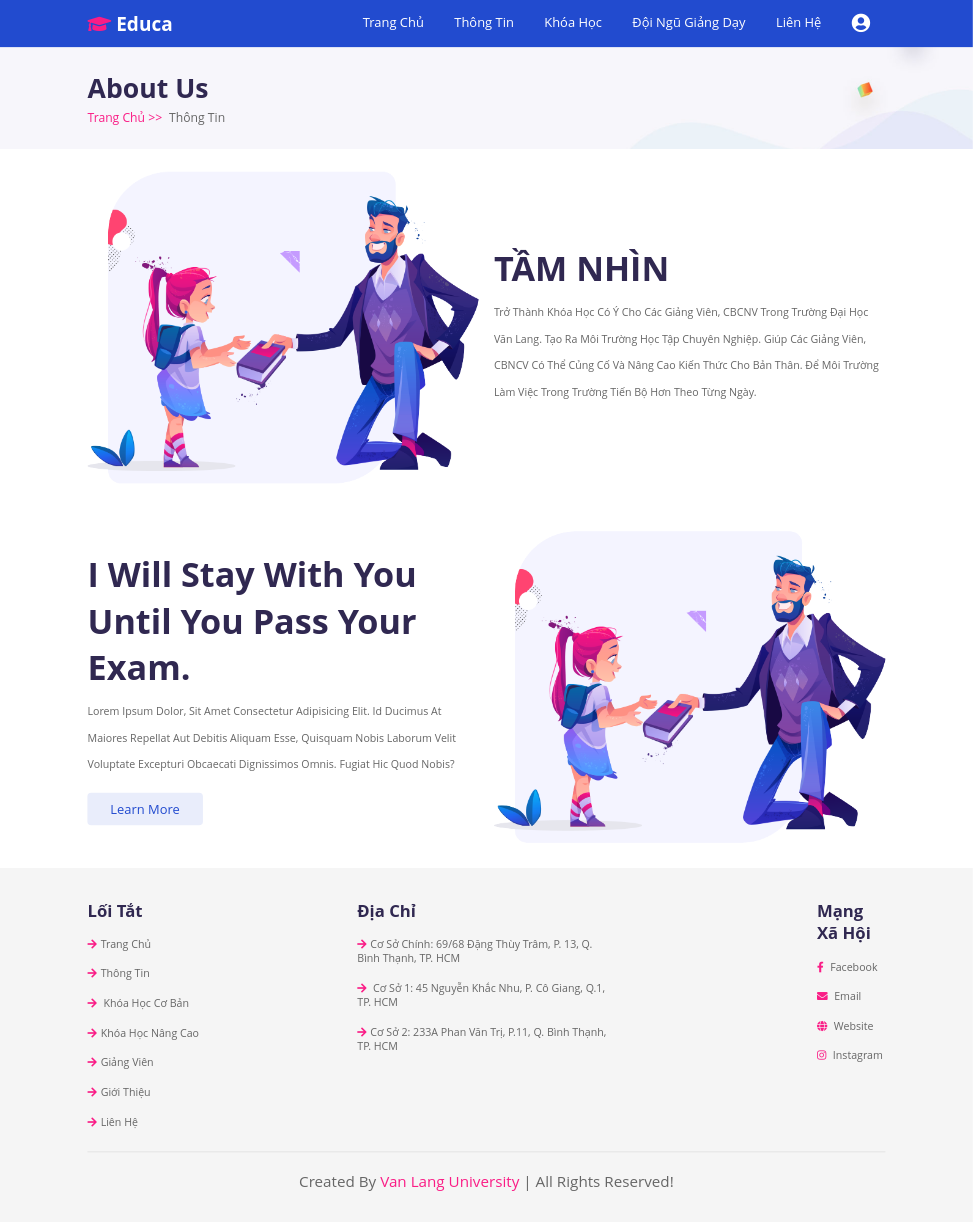
Repository: nhatkhanh022400/Layout
Page: Page-User/about.html
An editor plug-in stored every save of this project. The page is shown before and after the next save, followed by the edit.
The browser window is 1280 px wide. The pictures show the whole page, at 76% of full size.

Above is the page before, as saved 2022-03-22 16:56:10.
Console error: ReferenceError: $ is not defined

### Page-User/about.html
<!DOCTYPE html>
<html lang="en">
<head>
    <meta charset="UTF-8">
    <meta http-equiv="X-UA-Compatible" content="IE=edge">
    <meta name="viewport" content="width=device-width, initial-scale=1.0">
    <title>about</title>

    <!-- font awesome cdn link  -->
    <link rel="stylesheet" href="https://cdnjs.cloudflare.com/ajax/libs/font-awesome/5.15.4/css/all.min.css">

    <!-- custom css file link  -->
    <link rel="stylesheet" href="css/style.css">
    <link rel="stylesheet" href="https://unpkg.com/aos@next/dist/aos.css" />

</head>
<body>

<!-- header section starts  -->

<header class="header">

    <a href="home.html" class="logo"> <i class="fas fa-graduation-cap"></i> educa </a>

    <div id="menu-btn" class="fas fa-bars"></div>

    <nav class="navbar">
        <ul>
            <li><a href="home.html">Trang Chủ</a></li>
            <li><a href="about.html">Thông Tin</a></li>
            <li><a href="#">Khóa Học</a>
                <ul>
                    <li><a href="course-1.html">Khóa Học Cơ Bản</a></li>
                    <li><a href="course-2.html">Khóa Học Nâng Cao </a></li>

                </ul>
            </li>
            <li>
                <a href="#">Đội Ngũ Giảng Dạy</a>
                <ul>
                    <li><a href="blog.html">Giới Thiệu</a></li>
                    <li><a href="teachers.html">Giảng Viên</a></li>
                </ul>
            </li>
            <li><a href="contact.html">Liên Hệ</a></li>
            <li>
                <a href="#">
                    <i class="fas fa-user-circle"></i>
                </a>
                <ul>
                    <li><a href="user.html">Profile</a></li>
                    <li><a href="sign-up.html">Đăng Xuất</a></li>
                </ul>

            </li>
        </ul>
    </nav>

</header>
<!-- header section ends -->

<section class="heading">
    <h3>about us</h3>
    <p> <a href="home.html">Trang Chủ >></a> Thông Tin </p>
</section>

<!-- about section starts  -->

<section class="about">

    <div class="image">
        <img src="images/about-img.png" alt="">
    </div>

    <div class="content">
        <h3>TẦM NHÌN</h3>
        <p>Trở thành khóa học có ý cho các giảng viên, CBCNV trong Trường Đại học Văn Lang. Tạo ra môi trường học tập chuyên nghiệp. Giúp các giảng viên, CBNCV có thể củng cố và nâng cao kiến thức cho bản thân. Để môi trường làm việc trong trường tiến bộ hơn theo từng ngày.</p>

    </div>

</section>

<section class="about">

    <div class="content">
        <h3>I will stay with you until you pass your exam.</h3>
        <p>Lorem ipsum dolor, sit amet consectetur adipisicing elit. Id ducimus at maiores repellat aut debitis aliquam esse, quisquam nobis laborum velit voluptate excepturi obcaecati dignissimos omnis. Fugiat hic quod nobis?</p>
        <a href="#" class="btn">learn more</a>
    </div>

    <div class="image">
        <img src="images/about-img.png" alt="">
    </div>

</section>

<!-- about section ends -->






















<!-- footer section starts  -->

<section class="footer" data-aos="fade-right" data-aos-duration="40000">

    <div class="box-container">

        <div class="box">
            <h3>Lối Tắt</h3>
            <a href="home.html"> <i class="fas fa-arrow-right"></i>Trang Chủ</a>
            <a href="about.html"> <i class="fas fa-arrow-right"></i>Thông Tin </a>
            <a href="course-1.html"> <i class="fas fa-arrow-right"></i> Khóa Học Cơ Bản</a>
            <a href="course-2.html"> <i class="fas fa-arrow-right"></i>Khóa Học Nâng Cao</a>
            <a href="teachers.html"> <i class="fas fa-arrow-right"></i>Giảng Viên</a>
            <a href="blog.html"> <i class="fas fa-arrow-right"></i>Giới Thiệu</a>
            <a href="contact.html"> <i class="fas fa-arrow-right"></i>Liên Hệ</a>
        </div>

        <div class="box">
            <h3>Địa Chỉ</h3>
            <a href="#"> <i class="fas fa-arrow-right"></i>Cơ sở chính: 69/68 Đặng Thùy Trâm, P. 13, Q. Bình Thạnh, TP. HCM</a>
            <a href="#"> <i class="fas fa-arrow-right"></i> Cơ sở 1: 45 Nguyễn Khắc Nhu, P. Cô Giang, Q.1, TP. HCM</a>
            <a href="#"> <i class="fas fa-arrow-right"></i>Cơ sở 2: 233A Phan Văn Trị, P.11, Q. Bình Thạnh, TP. HCM</a>

        </div>

        <div class="box" style="margin-left: 25rem;">
            <h3>Mạng Xã Hội</h3>
            <a href="#"> <i class="fab fa-facebook-f"></i> facebook </a>
            <a href="#"> <i class="fas fa-envelope"></i> email</a>
            <a href="#"> <i class="fas fa-globe"></i> website </a>
            <a href="#"> <i class="fab fa-instagram"></i> instagram </a>

        </div>

    </div>

    <div class="credit"> created by <span>Van Lang University</span> | all rights reserved! </div>

</section>

<!-- footer section ends -->

<!-- custom js file link  -->
<script src="js/script.js"></script>
<script src="https://unpkg.com/aos@next/dist/aos.js"></script>
    <script>
        AOS.init();
    </script>
</body>
</html>

### Page-User/css/style.css
@import url("https://fonts.googleapis.com/css2?family=Poppins:wght@100;300;400;500;600&display=swap");
* {
  font-family: 'Open Sans', sans-serif;
  margin: 0;
  padding: 0;
  -webkit-box-sizing: border-box;
  box-sizing: border-box;
  text-transform: capitalize;
  text-decoration: none;
  outline: none;
  border: none;
  -webkit-transition: all 0.2s linear;
  transition: all 0.2s linear;
}

html {
  font-size: 62.5%;
  overflow-x: hidden;
}

section {
  padding: 3rem 9%;
}

.btn {
  display: inline-block;
  margin-top: 1rem;
  padding: 1rem 3rem;
  background: #e9edfb;
  color: #224bcf;
  cursor: pointer;
  border-radius: 0.5rem;
  font-size: 1.7rem;
}

.btn:hover {
  color: #fff;
  background: #224bcf;
}

.heading {
  background: url(../images/heading-bg.png) no-repeat;
  background-size: cover;
  background-position: center;
}

.heading h3 {
  font-size: 3.5rem;
  color: #302851;
}

.heading p {
  font-size: 1.6rem;
  color: #666;
  padding-top: 0.5rem;
}

.heading p a {
  padding-right: 0.5rem;
  color: #fa1d86;
}

.heading p a:hover {
  color: #224bcf;
}

.header {
  position: -webkit-sticky;
  position: sticky;
  top: 0;
  left: 0;
  right: 0;
  z-index: 1000;
  display: -webkit-box;
  display: -ms-flexbox;
  display: flex;
  -webkit-box-align: center;
  -ms-flex-align: center;
  align-items: center;
  -webkit-box-pack: justify;
  -ms-flex-pack: justify;
  justify-content: space-between;
  padding: 0 9%;
  background: #224bcf;
  height: 62px;
}

.header .logo {
  font-size: 2.5rem;
  font-weight: bolder;
  color: #fff;
  text-decoration: none;
}

.header .logo i {
  color: #fa1d86;
}

.header .navbar ul {
  list-style: none;
  width: 100%;
}

.header .fa-user-circle{
  font-size: 25px;
}

.header .navbar ul li {
  position: relative;
  float: left;
}

.header .navbar ul li:hover ul {
  display: block;
}

.header .navbar ul li a {
  padding: 2rem;
  display: block;
  font-size: 1.7rem;
  color: #fff;
  text-decoration: none;
}

.header .navbar ul li a:hover {
  background: #fa1d86;
}

.header .navbar ul li ul {
  position: absolute;
  left: 0;
  width: 20rem;
  background: #224bcf;
  display: none;
}

.header .navbar ul li ul li {
  width: 100%;
}

#menu-btn {
  cursor: pointer;
  color: #fff;
  font-size: 2.5rem;
  display: none;
}

.home {
  display: -webkit-box;
  display: -ms-flexbox;
  display: flex;
  -webkit-box-align: center;
  -ms-flex-align: center;
  align-items: center;
  -ms-flex-wrap: wrap;
  flex-wrap: wrap;
  gap: 2rem;
}

.home .image {
  -webkit-box-flex: 1;
  -ms-flex: 1 1 42rem;
  flex: 1 1 42rem;
}

.home .image img {
  width: 100%;
}

.home .content {
  -webkit-box-flex: 1;
  -ms-flex: 1 1 42rem;
  flex: 1 1 42rem;
}

.home .content h3 {
  color: #302851;
  font-size: 5rem;
}

.home .content p {
  font-size: 1.4rem;
  color: #666;
  padding: 1rem 0;
  line-height: 2.5;
}

.trending{
  font-size: 30px;
  font-weight: bold;
  margin-left: 1.5rem;
}

.category {
  display: -ms-grid;
  display: grid;
  -ms-grid-columns: (minmax(16rem, 1fr)) [auto-fit];
  grid-template-columns: repeat(auto-fit, minmax(16rem, 1fr));
  gap: 1.5rem;
}

.category .box {
  border-radius: 1rem;
  background: #f5f5f5;
  padding: 4rem 3rem;
  text-align: center;
}

.category .box img {
  height: 7rem;
  margin-bottom: 2rem;
}

.category .box h3 {
  font-size: 1.7rem;
  color: #302851;
}

.about {
  display: -webkit-box;
  display: -ms-flexbox;
  display: flex;
  -webkit-box-align: center;
  -ms-flex-align: center;
  align-items: center;
  -ms-flex-wrap: wrap;
  flex-wrap: wrap;
  gap: 2rem;
}

.about .image {
  -webkit-box-flex: 1;
  -ms-flex: 1 1 42rem;
  flex: 1 1 42rem;
}

.about .image img {
  width: 100%;
}

.about .content {
  -webkit-box-flex: 1;
  -ms-flex: 1 1 42rem;
  flex: 1 1 42rem;
}

.about .content h3 {
  color: #302851;
  font-size: 4.5rem;
}

.about .content p {
  font-size: 1.4rem;
  padding: 1rem 0;
  color: #666;
  line-height: 2.5;
}

.teachers {
  display: -ms-grid;
  display: grid;
  -ms-grid-columns: (minmax(27rem, 1fr)) [auto-fit];
  grid-template-columns: repeat(auto-fit, minmax(27rem, 1fr));
  gap: 1.5rem;

}

.teachers .box {
  text-align: center;
  overflow: hidden;
}

.teachers .box:hover .image .share {
  -webkit-transform: translateY(0);
  transform: translateY(0);
}

.teachers .box:hover .image .share a {
  transform: translateY(10px);
  opacity: 1;
  transition: transform 0.2s 0.2s;
  transition: transform 0.2s 0.2s, -webkit-transform 0.2s 0.2s;
}

.teachers .box:hover .image .share button {
  background-color: transparent;
  color: white;
  font-weight: bold;
  border: 1px solid white;
  padding: 3px 6px;
  border-radius: 3px;
  font-size: 15px;
  transform: translateY(-10px);
  opacity: 1;
  transition: transform 0.2s 0.2s;
}

.teachers .box:hover .image .share .status {
  float: left;
  background-color: transparent;
  color: white;
  font-size: 13px;
  transform: translateY(-10px);
  transition: p 0.2s;
}

.teachers .box .image {
  overflow: hidden;
  height: 32rem;
  width: 100%;
  position: relative;
  border-radius: 1rem;
}

.teachers .box .image .share {
  position: absolute;
  top: 0;
  left: 0;
  height: 100%;
  width: 100%;
  background: rgba(0, 0, 0, 0.7);
  display: -webkit-box;
  display: -ms-flexbox;
  display: flex;
  -webkit-box-align: end;
  -ms-flex-align: end;
  align-items: flex-end;
  -webkit-box-pack: center;
  -ms-flex-pack: center;
  justify-content: center;
  z-index: 10;
  overflow: hidden;
  -webkit-transform: translateY(-100%);
  transform: translateY(-100%);
}

.teachers .box .image .share a {
  font-size: 2.5rem;
  margin: 2rem 1.5rem;
  color: #fff;
  -webkit-transform: translateY(5rem);
  transform: translateY(5rem);
  opacity: 0;
}

.teachers .box .image .share a:hover {
  color: #fa1d86;
}

.teachers .box .image .share button:hover {
  background-color: white;
  color: black;
}

.teachers .box .image img {
  height: 100%;
  width: 100%;
  -o-object-fit: cover;
  object-fit: cover;
}

.teachers .box .content {
  padding-top: 1rem;
}

.teachers .box .content h3 {
  font-size: 2rem;
  color: #302851;
}

.teachers .box .content span {
  color: #666;
  font-size: 1.5rem;
}

.blog {
  display: -ms-grid;
  display: grid;
  -ms-grid-columns: (minmax(31rem, 1fr)) [auto-fit];
  grid-template-columns: repeat(auto-fit, minmax(31rem, 1fr));
  gap: 1.5rem;
}

.blog .box .image {
  height: 25rem;
  width: 100%;
  overflow: hidden;
}

.blog .box .image img {
  height: 100%;
  width: 100%;
  -o-object-fit: cover;
  object-fit: cover;
  border-radius: 0.5rem;
}

.blog .box .content {
  padding: 2rem;
  background: #f5f5f5;
}

.blog .box .content .icons {
  padding: 1.5rem 0;
  margin-bottom: 1rem;
  display: -webkit-box;
  display: -ms-flexbox;
  display: flex;
  -webkit-box-align: center;
  -ms-flex-align: center;
  align-items: center;
  -webkit-box-pack: justify;
  -ms-flex-pack: justify;
  justify-content: space-between;
}

.blog .box .content .icons a {
  font-size: 1.4rem;
  color: #666;
}

.blog .box .content .icons a:hover {
  color: #224bcf;
}

.blog .box .content .icons a i {
  padding-right: 0.5rem;
  color: #224bcf;
}

.blog .box .content h3 {
  font-size: 1.7rem;
  padding: 0.5rem 0;
  color: #302851;
}

.blog .box .content p {
  padding: 1rem 0;
  font-size: 1.4rem;
  line-height: 2.5;
  color: #666;
}

.contact .icons-container {
  display: -ms-grid;
  display: grid;
  -ms-grid-columns: (minmax(30rem, 1fr)) [auto-fit];
  grid-template-columns: repeat(auto-fit, minmax(30rem, 1fr));
  gap: 1.5rem;
}

.contact .icons-container .icons {
  text-align: center;
  padding: 2rem;
  border-radius: 1rem;
  background: #f5f5f5;
  margin-bottom: 2rem;
}

.contact .icons-container .icons i {
  height: 6.5rem;
  width: 6.5rem;
  line-height: 6.5rem;
  font-size: 2.5rem;
  color: #224bcf;
  background: #e9edfb;
  border-radius: 50%;
  text-align: center;
  margin-bottom: 0.5rem;
}

.contact .icons-container .icons h3 {
  font-size: 2rem;
  color: #302851;
  padding: 0.7rem 0;
}

.contact .icons-container .icons p {
  line-height: 2;
  font-size: 1.4rem;
  color: #666;
}

.contact .row {
  display: -webkit-box;
  display: -ms-flexbox;
  display: flex;
  -ms-flex-wrap: wrap;
  flex-wrap: wrap;
  gap: 1.5rem;
}

.contact .row form {
  -webkit-box-flex: 1;
  -ms-flex: 1 1 42rem;
  flex: 1 1 42rem;
  border-radius: 1rem;
  background: #f5f5f5;
  padding: 2rem;
}

.contact .row form h3 {
  font-size: 2.5rem;
  color: #302851;
  margin-bottom: 0.5rem;
}

.contact .row form .box,
.contact .row form textarea {
  width: 100%;
  padding: 1rem 1.2rem;
  font-size: 1.6rem;
  color: #666;
  text-transform: none;
  margin: 1rem 0;
  border-radius: 0.5rem;
  background: #fff;
}

.contact .row form textarea {
  height: 15rem;
  resize: none;
}

.contact .row .map {
  -webkit-box-flex: 1;
  -ms-flex: 1 1 42rem;
  flex: 1 1 42rem;
  width: 100%;
  border-radius: 1rem;
}

.footer {
  background: #f5f5f5;
}

.footer .box-container {
  display: -ms-grid;
  display: grid;
  -ms-grid-columns: (minmax(25rem, 1fr)) [auto-fit];
  grid-template-columns: repeat(auto-fit, minmax(25rem, 1fr));
  gap: 1.5rem;
}

.footer .box-container .box h3 {
  font-size: 2.2rem;
  padding: 1rem 0;
  color: #302851;
}

.footer .box-container .box a {
  display: block;
  font-size: 1.4rem;
  padding: 1rem 0;
  color: #666;
}

.footer .box-container .box a:hover {
  color: #fa1d86;
}

.footer .box-container .box a:hover i {
  padding-right: 2rem;
}

.footer .box-container .box a i {
  color: #fa1d86;
  padding-right: 0.5rem;
}

.footer .credit {
  text-align: center;
  margin-top: 2rem;
  padding: 1rem;
  padding-top: 2.5rem;
  font-size: 2rem;
  color: #666;
  border-top: 0.1rem solid rgba(0, 0, 0, 0.1);
}

.footer .credit span {
  color: #fa1d86;
}

/* =================================user===================================================== */

/* --------------------------------nav----------------------------- */
.border-right{
  font-size: 15px;
}
.form-control:focus {
  box-shadow: none;
  border-color: #BA68C8
}

.profile-button {
  background: rgb(99, 39, 120);
  box-shadow: none;
  border: none
}

.profile-button:hover {
  background: #682773
}

.profile-button:focus {
  background: #682773;
  box-shadow: none
}

.profile-button:active {
  background: #682773;
  box-shadow: none
}

.back:hover {
  color: #682773;
  cursor: pointer
}

.labels {
  font-size: 15px
}

.experience{
  font-size: 13px;
}

.add-experience:hover {
  background: #478cff;
  color: #fff;
  cursor: pointer;
  border: solid 1px #BA68C8
}

/* =============================================================================================== */

/* =================================================sign-up======================================== */

.bg-signup{
  width: 100%;
  min-height: 100vh;
  background-color: #f2f3f5;
  display: flex;
  align-items: center;
  justify-content: center;
  padding: 100px 0;
  background-image: url(../img/login.jpg);
  background-attachment: fixed;
  background-size: cover;
  object-fit: cover;
  background-repeat: no-repeat;
}
.signup {

  padding: 90px 75px;
  background-color: #fff;
  width: 100%;
  max-width: 600px;
  border-radius: 30px;
}

.signup .logo {
  text-align: center;
}
.signup-heading {
  font-size: 40px;
  font-weight: bold;
  color: #373941;
  text-align: center;
  margin-bottom: 35px;
}
.signup-social {
  padding: 10px;
  border-radius: 20px;
  display: block;
  width: 100%;
  color: white;
  font-size: 16px;
  font-weight: bold;
  font-family: "Poppins", sans-serif;
  border: 0;
  background-color: #4c6ff4;
  display: flex;
  align-items: center;
  cursor: pointer;
  outline: none;
  box-shadow: 0 5px 10px 0 rgba(76, 111, 244, 0.5);
}
.signup-social-icon {
  width: 60px;
  height: 60px;
  border-radius: 10px;
  background-color: white;
  display: flex;
  align-items: center;
  justify-content: center;
  color: #4c6ff4;
  font-size: 30px;
}
.signup-social-text {
  display: block;
  margin: 0 auto;
}
.signup-or {
  text-align: center;
  font-size: 16px;
  color: #999;
  margin: 55px auto;
  position: relative;
}
.signup-or span {
  display: inline-block;
  padding: 10px 30px;
  background-color: #fff;
  position: relative;
  z-index: 2;
}
.signup-or:after {
  content: "";
  width: 100%;
  height: 1px;
  background-color: #999;
  position: absolute;
  top: 50%;
  left: 0;
  transform: translateY(-50%);
}
.signup-label {
  font-size: 16px;
  color: #63676b;
  font-weight: 500;
  margin-bottom: 10px;
  display: inline-block;
  cursor: pointer;
}
.signup-input {
  display: block;
  width: 100%;
  padding: 25px;
  border-radius: 14px;
  background-color: #f2f3f5;
  outline: none;
  border: 0;
  font-family: "Poppins", sans-serif;
  font-size: 18px;
  margin-bottom: 30px;
}
.signup-input::-webkit-input-placeholder {
  color: #b4bac0;
  font-weight: 500;
}
.signup-input::-moz-input-placeholder {
  color: #b4bac0;
  font-weight: 500;
}
.signup-submit {
  padding: 25px;
  color: white;
  font-size: 18px;
  text-align: center;
  border: 0;
  outline: none;
  display: inline-block;
  width: 100%;
  border-radius: 14px;
  background-color: rgb(130, 201, 30);
  font-family: "Poppins", sans-serif;
  cursor: pointer;
  font-weight: 600;
  box-shadow: 0 5px 10px 0 rgba(130, 201, 30, 0.5);
  margin-top: 25px;
  margin-bottom: 25px;
}
.signup-already {
  text-align: center;
  font-size: 16px;
  color: #999;
}
.signup-login-link {
  color: #2979ff;
  text-decoration: none;
}
/* ================================================================================================= */

/* ================================================animation========================================== */


@media (max-width: 1200px) {
  html {
    font-size: 55%;
  }
  section {
    padding: 3rem 2rem;
  }
}

@media (max-width: 768px) {
  #menu-btn {
    display: inline-block;
  }
  .header {
    padding: 2rem;
  }
  .header .navbar {
    position: absolute;
    top: 99%;
    left: 0;
    right: 0;
    background: #224bcf;
    -webkit-clip-path: polygon(0 0, 100% 0, 100% 0, 0 0);
    clip-path: polygon(0 0, 100% 0, 100% 0, 0 0);
  }
  .header .navbar.active {
    -webkit-clip-path: polygon(0 0, 100% 0, 100% 100%, 0 100%);
    clip-path: polygon(0 0, 100% 0, 100% 100%, 0 100%);
  }
  .header .navbar ul li {
    width: 100%;
  }
  .header .navbar ul li ul {
    width: 100%;
    position: relative;
  }
  .about .content h3 {
    font-size: 3rem;
  }
  .main-video video {
    width: 95%;
    border-width: 0.2rem;
  }
}

@media (max-width: 450px) {
  html {
    font-size: 50%;
  }
}

### Page-User/js/script.js
let navbar = document.querySelector('.header .navbar');

document.querySelector('#menu-btn').onclick = () =>{
    navbar.classList.toggle('active');
}

window.onscroll = () =>{
    navbar.classList.remove('active');
}

$(document).ready(function(){
    $(window).scroll(function(){
        $(".teachersani").each(function(){
            const pos = $(this).offset().top;
            const winTop = $(window).scrollTop();
            if (pos < winTop + 600) {
                $(this).addClass("slide");
            }
        })
    })
})

After the next save:
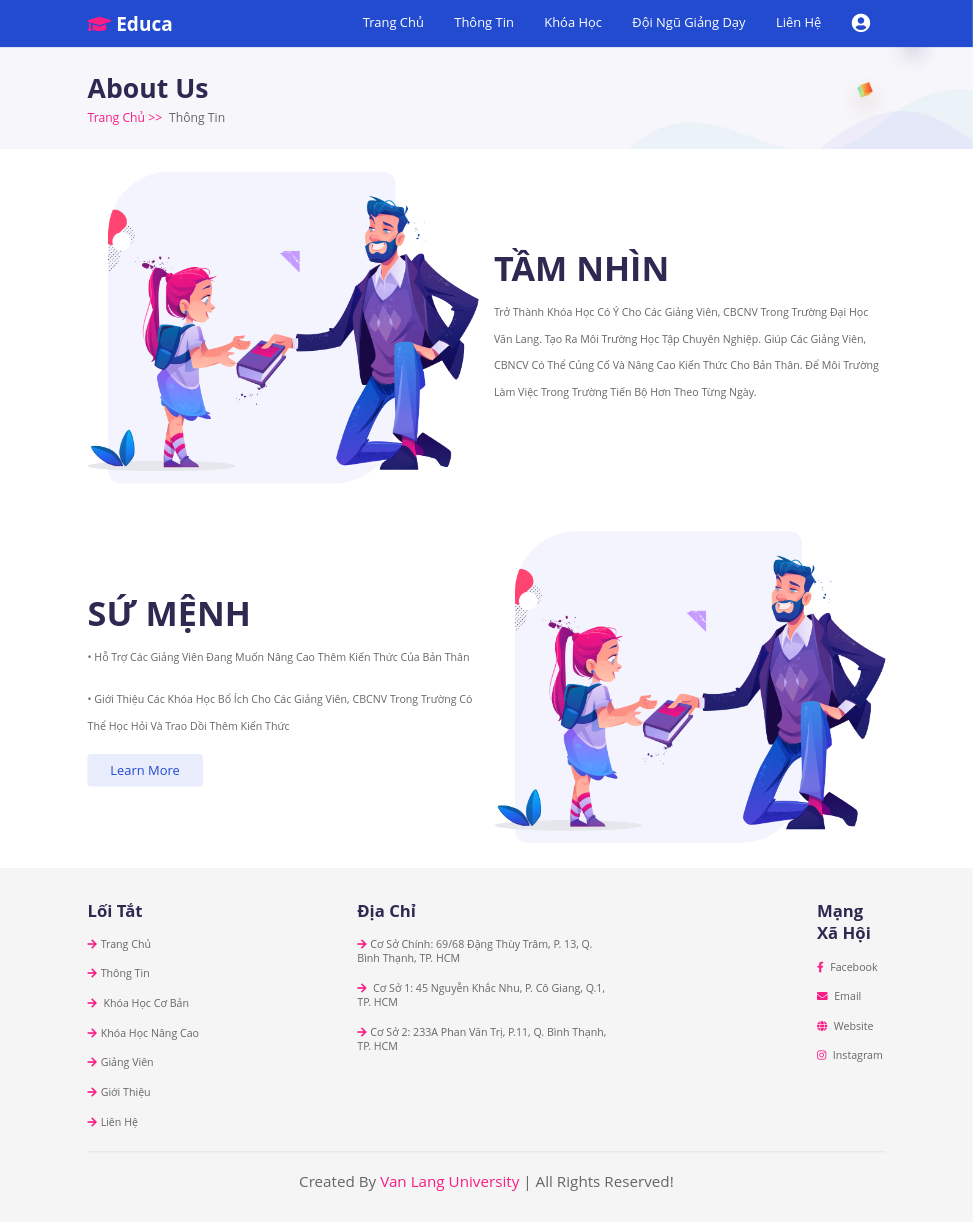
Saved 38 s later.
--- a/Page-User/about.html
+++ b/Page-User/about.html
@@ -83,8 +83,10 @@
 <section class="about">
 
     <div class="content">
-        <h3>I will stay with you until you pass your exam.</h3>
-        <p>Lorem ipsum dolor, sit amet consectetur adipisicing elit. Id ducimus at maiores repellat aut debitis aliquam esse, quisquam nobis laborum velit voluptate excepturi obcaecati dignissimos omnis. Fugiat hic quod nobis?</p>
+        <h3>SỨ MỆNH</h3>
+        <p>• Hỗ trợ các giảng viên đang muốn nâng cao thêm kiến thức của bản thân</p>
+
+        <p>• Giới thiệu các khóa học bổ ích cho các giảng viên, CBCNV trong trường có thể học hỏi và trao dồi thêm kiến thức</p>
         <a href="#" class="btn">learn more</a>
     </div>
 
